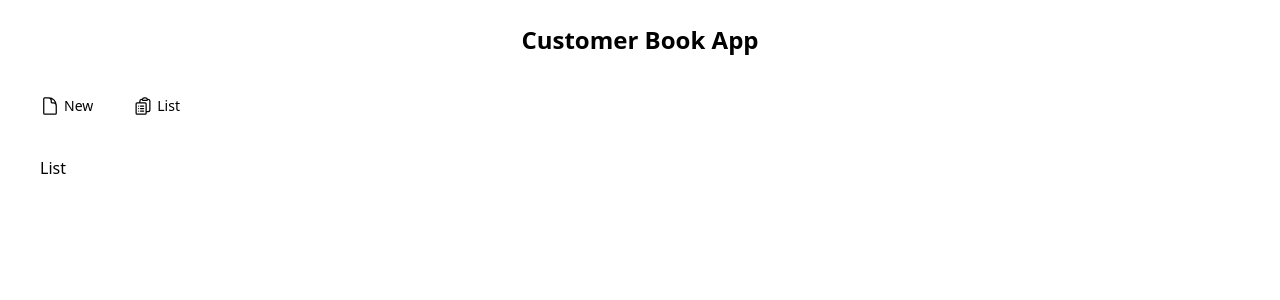
Repository: higirobruce/customerbookapp
Page: /
An editor plug-in stored every save of this project. The page is shown before and after the next save, followed by the edit.
The browser window is 1280 px wide. The pictures show the whole page.
The project was rebuilt for these pictures with package versions that can differ from the ones it lists, and the page was loaded fresh each time. The framework's server and built-in components were replaced by stand-ins that run in the browser. Also part of the build but not shown: next.config.js, components/layout/sidebar.js.

Above is the page before, as saved 2022-11-24 16:39:22.

### pages/index.js
import Head from "next/head";
import Image from "next/image";
import Sidebar from "../components/layout/sidebar";
import MainScreen from "../components/layout/mainScreen";

const Home = () => {
  return (
    <div className="flex min-h-screen flex-row">
      {/* <Sidebar /> */}
      <MainScreen />
    </div>
  );
};

export default Home;

### components/layout/mainScreen.js
import React, { useState } from "react";
import {
  DocumentIcon,
  ClipboardDocumentListIcon,
} from "@heroicons/react/24/outline";

export default function MainScreen() {
  let [viewPort, setViewPort] = useState("list");
  return (
    <div className="flex flex-col w-full pt-6 space-y-10">
      {/* header */}
      <div className="flex justify-center text-2xl font-semibold">
        Customer Book App
      </div>
      {/* Menu bar */}
      <div className="flex flex-row px-10 space-x-10">
        <div
          className="flex flex-row space-x-1 items-center cursor-pointer"
          onClick={() => setViewPort("new")}
        >
          <DocumentIcon className="h-5 w-5" />
          <div className="text-sm ">New</div>
        </div>

        <div
          className="flex flex-row space-x-1 items-center cursor-pointer"
          onClick={() => setViewPort("list")}
        >
          <ClipboardDocumentListIcon className="h-5 w-5" />
          <div className="text-sm ">List</div>
        </div>
      </div>
      {/* Body */}

      <div className="flex px-10 ">
        {viewPort === "list" && <div>List</div>}
        {viewPort === "new" && <div>New</div>}
      </div>
    </div>
  );
}

### components/common/records.js
import React from 'react'

export default function RecordsTable() {
    let records = [
        {

        }
    ]
  return (
    <div>RecordsTable</div>
  )
}

Loaded but not shown: pages/_app.tsx (common file); styles/globals.css (common file); tailwind.config.js (common file)

After the next save:
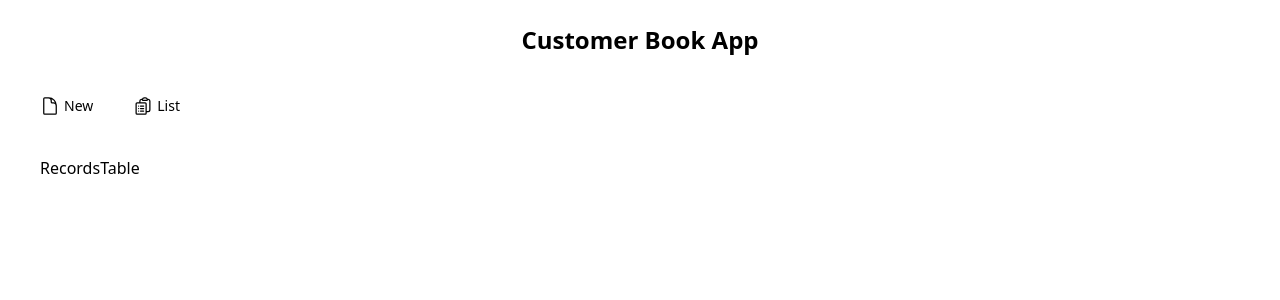
Saved 20 s later.
--- a/components/layout/mainScreen.js
+++ b/components/layout/mainScreen.js
@@ -3,6 +3,7 @@ import {
   DocumentIcon,
   ClipboardDocumentListIcon,
 } from "@heroicons/react/24/outline";
+import RecordsTable from "../common/records";
 
 export default function MainScreen() {
   let [viewPort, setViewPort] = useState("list");
@@ -33,7 +34,7 @@ export default function MainScreen() {
       {/* Body */}
 
       <div className="flex px-10 ">
-        {viewPort === "list" && <div>List</div>}
+        {viewPort === "list" && <RecordsTable/>}
         {viewPort === "new" && <div>New</div>}
       </div>
     </div>
